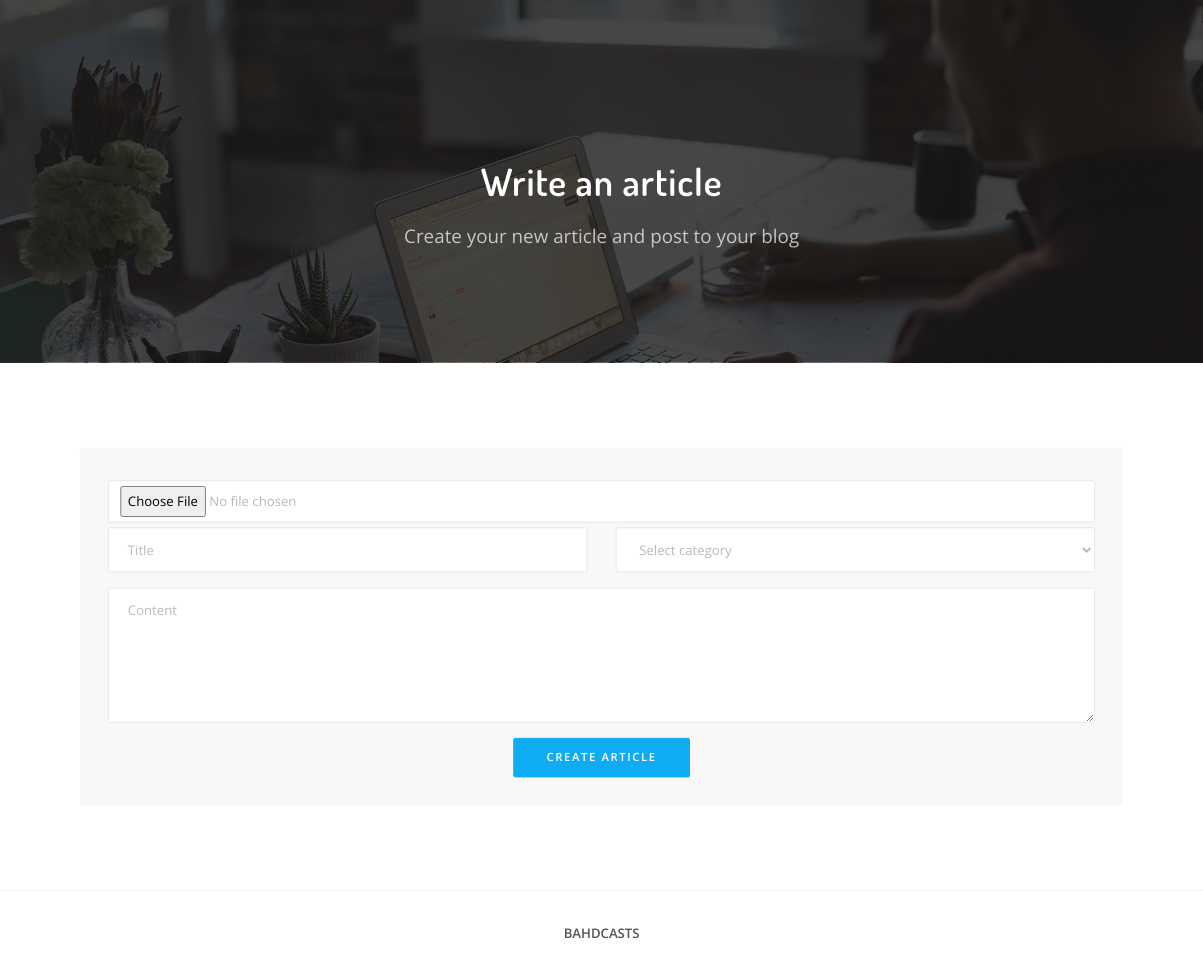
Repository: httpamit/react-blog
Page: /articles/create
The author's editor kept a copy of each file at every save. The page is drawn from the files as they stood at one save, then again after a run of saves.
The browser window is 1280 px wide. The pictures show the whole page, at 94% of full size.
The project was rebuilt for these pictures with package versions that can differ from the ones it lists, and the page was loaded fresh each time. Also part of the build but not shown: src/Components/NavBar/NavBar.js, src/Components/Login/index.js, src/congig/index.js, src/Components/Singup/index.js, src/Components/SingleArticle/index.js, src/Components/Article/index.js, src/Components/Welcome/Index.js.

Above is the page before, as saved 2019-01-12 22:50:38.

After the next 3 saves:
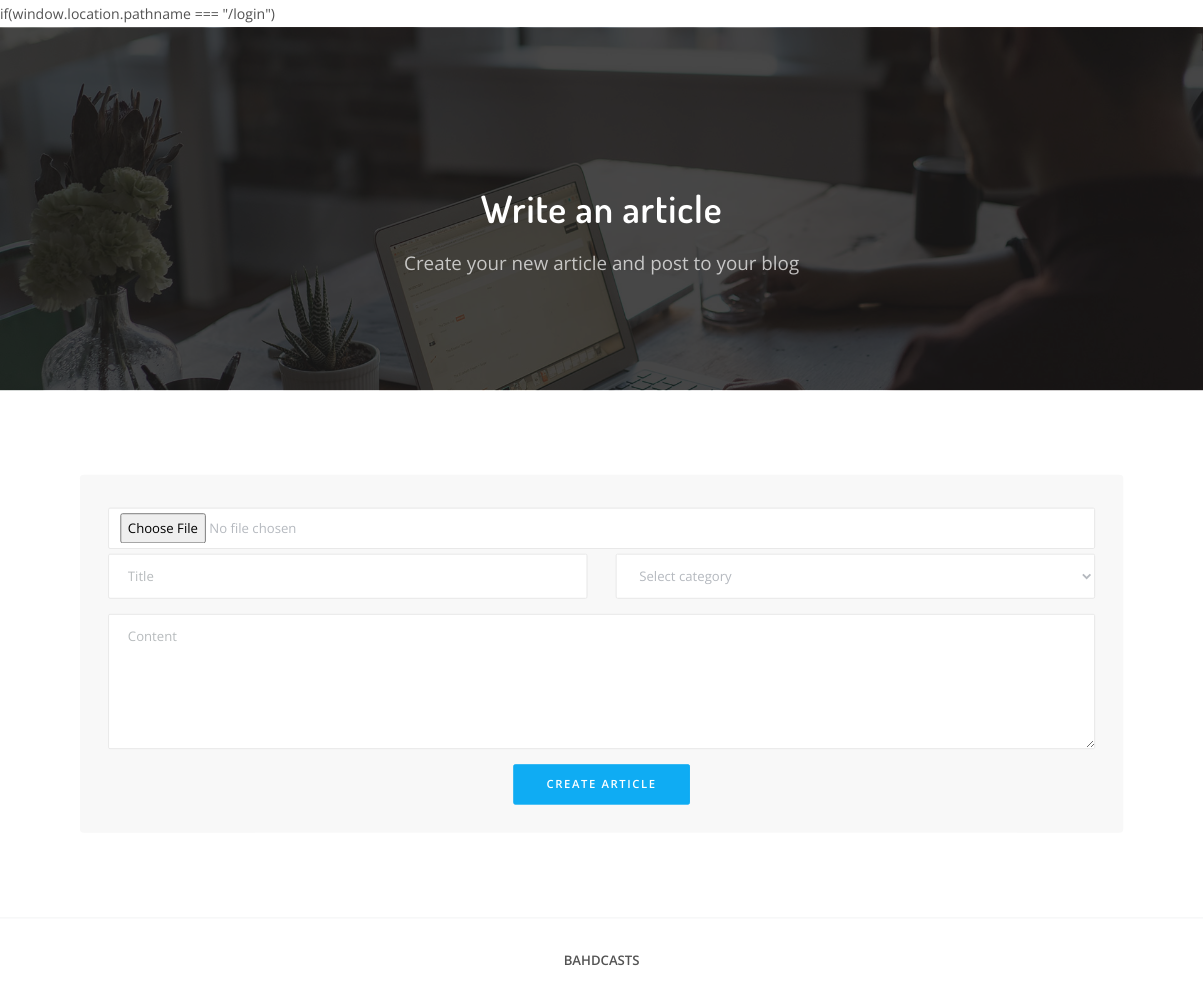
The 3 saves are shown as one change because 2 did not build or start.
The last was saved 2 min 26 s later.
--- a/src/index.js
+++ b/src/index.js
@@ -24,7 +24,7 @@
 ReactDOM.render(
   <BrowserRouter>
     <div>
-      {console.log(window.location.pathname === "/login")}
+      if(window.location.pathname === "/login"){alert("great")}
       {window.location.pathname === "/login" && <NavBar />}
       <Route exact path="/" component={Welcome} />
       <Route exact path="/about" component={About} />

After the 2 saves that followed:
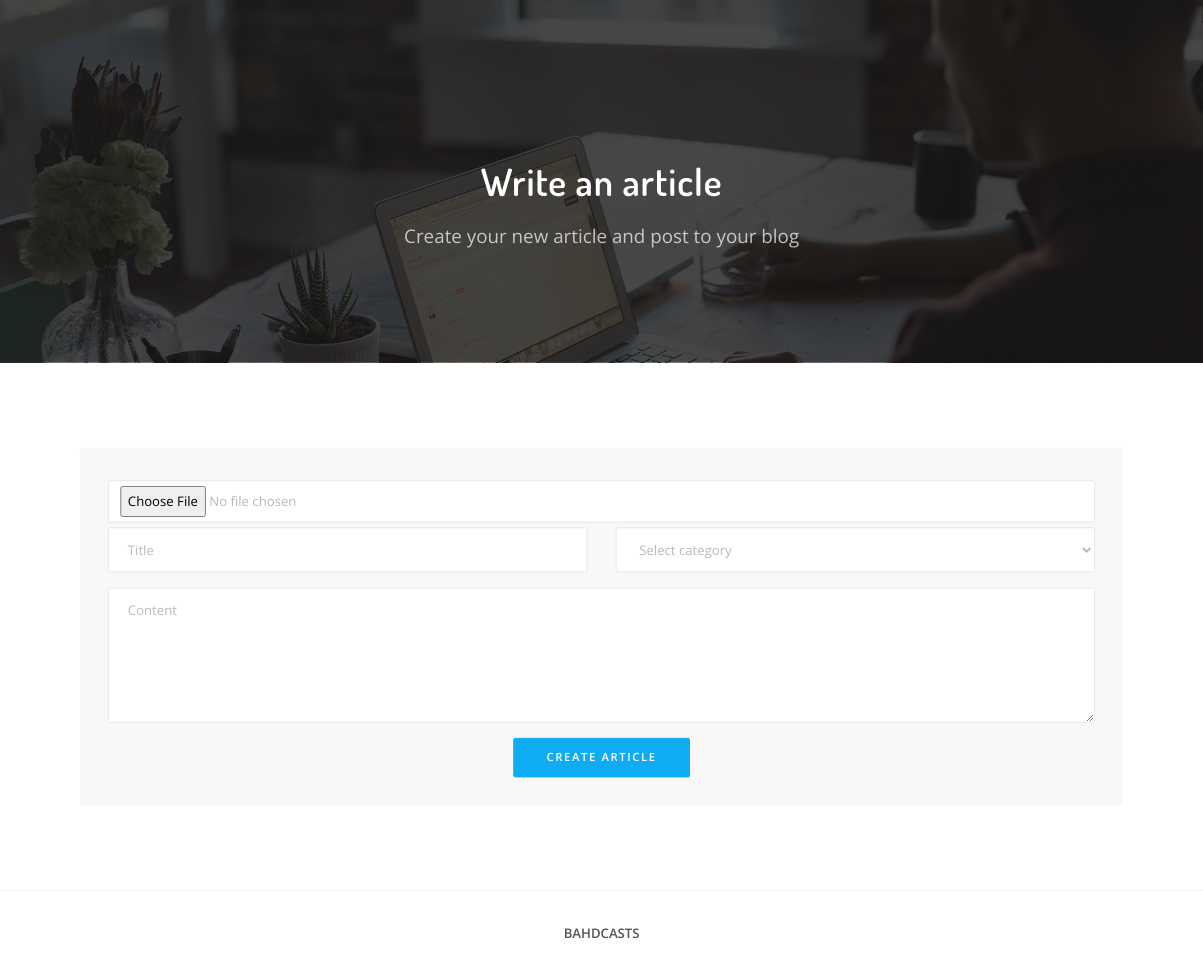
The 2 saves are shown as one change because 1 left the picture as it was.
The last was saved 47 s later.
--- a/src/index.js
+++ b/src/index.js
@@ -24,8 +24,7 @@
 ReactDOM.render(
   <BrowserRouter>
     <div>
-      if(window.location.pathname === "/login"){alert("great")}
-      {window.location.pathname === "/login" && <NavBar />}
+      {!window.location.pathname === "/login" && <NavBar />}
       <Route exact path="/" component={Welcome} />
       <Route exact path="/about" component={About} />
       <Route exact path="/contact" component={Contact} />
